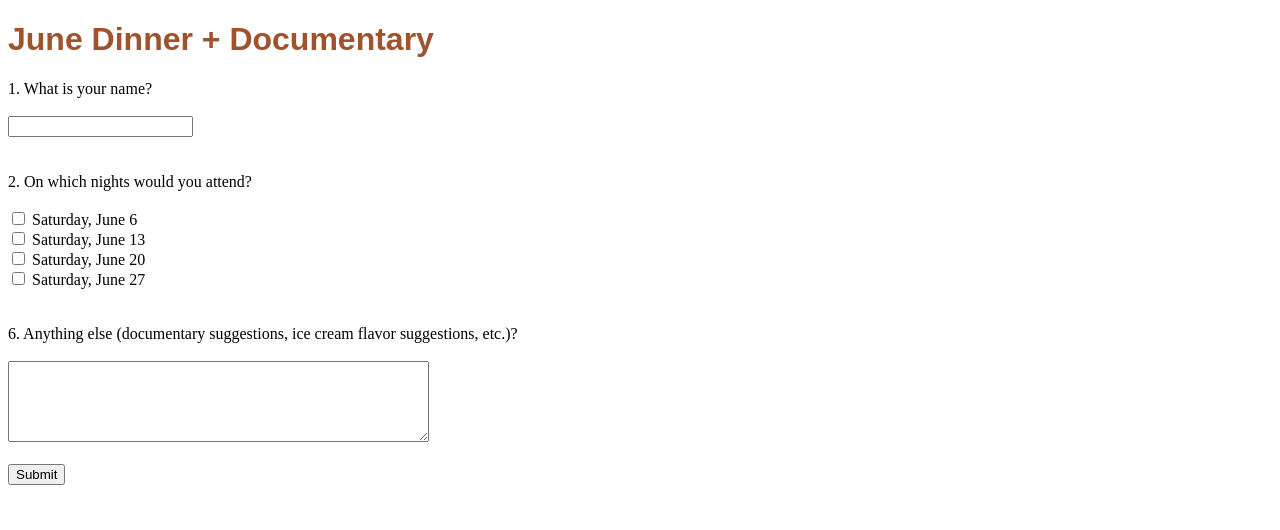
Repository: bhuhmann/event-survey
Page: survey.html
The author's editor kept a copy of each file at every save. The page is drawn from the files as they stood at one save, then again after the next save.
The browser window is 1280 px wide. The pictures show the whole page.

Above is the page before, as saved 2020-04-01 16:55:19.

After the next save:
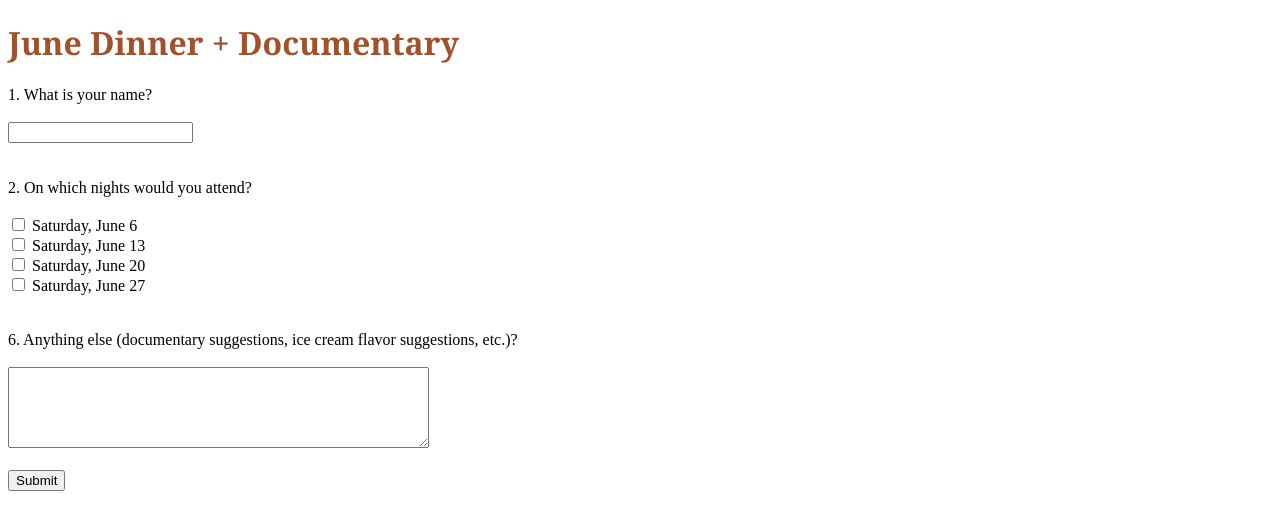
Saved 46 s later.
--- a/style.css
+++ b/style.css
@@ -1,6 +1,6 @@
 h1 {
     color: sienna;
-    font-family: Arial;
+    font-family: Georgia;
 }
 
 .class {

After the save that followed:
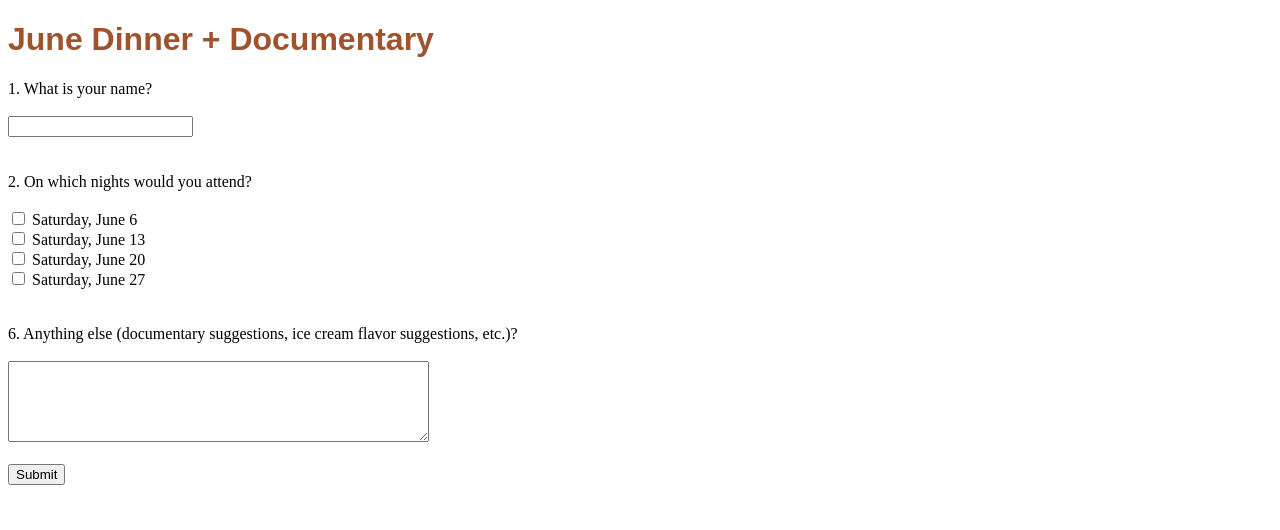
Saved 21 s later.
--- a/style.css
+++ b/style.css
@@ -1,6 +1,6 @@
 h1 {
     color: sienna;
-    font-family: Georgia;
+    font-family: Arial;
 }
 
 .class {
